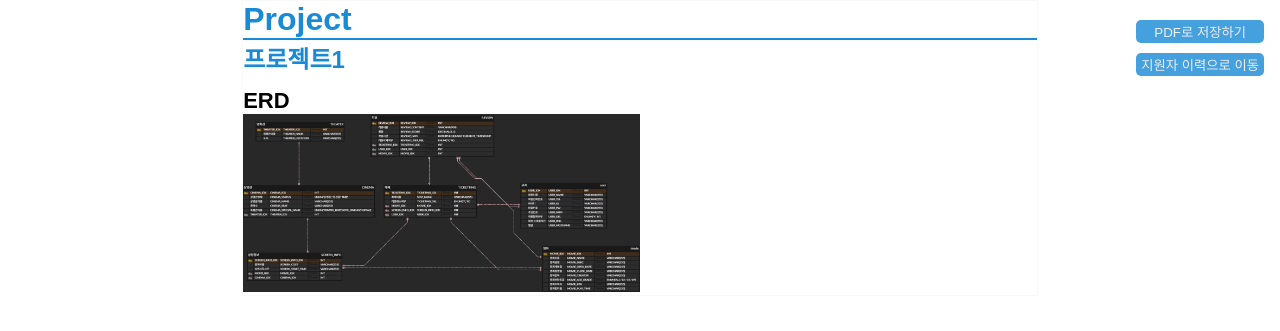
Repository: DooBae-KR/MySelf
Page: /project
An editor plug-in stored every save of this project. The page is shown before and after the next save, followed by the edit.
The browser window is 1280 px wide. The pictures show the whole page.
The project was rebuilt for these pictures with package versions that can differ from the ones it lists, and the page was loaded fresh each time. Also part of the build but not shown: src/data/MyInform.js, src/pages/Myself.js.

Above is the page before, as saved 2025-07-24 17:00:07.

After the next save:
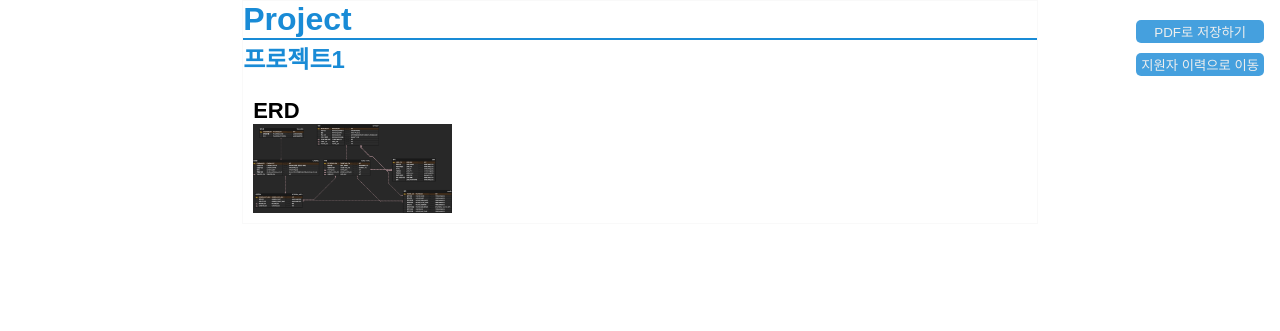
Saved 41 s later.
--- a/src/pages/Project.js
+++ b/src/pages/Project.js
@@ -12,7 +12,7 @@
                 <div className="title">Project</div>
                     <div className="contentTitle">프로젝트1</div>
                     <div className="container">
-                        <div className="contianer col">
+                        <div className="container col">
                             <h2>ERD</h2>
                             <img src={pr1ERD} className="prImg"/>
 
